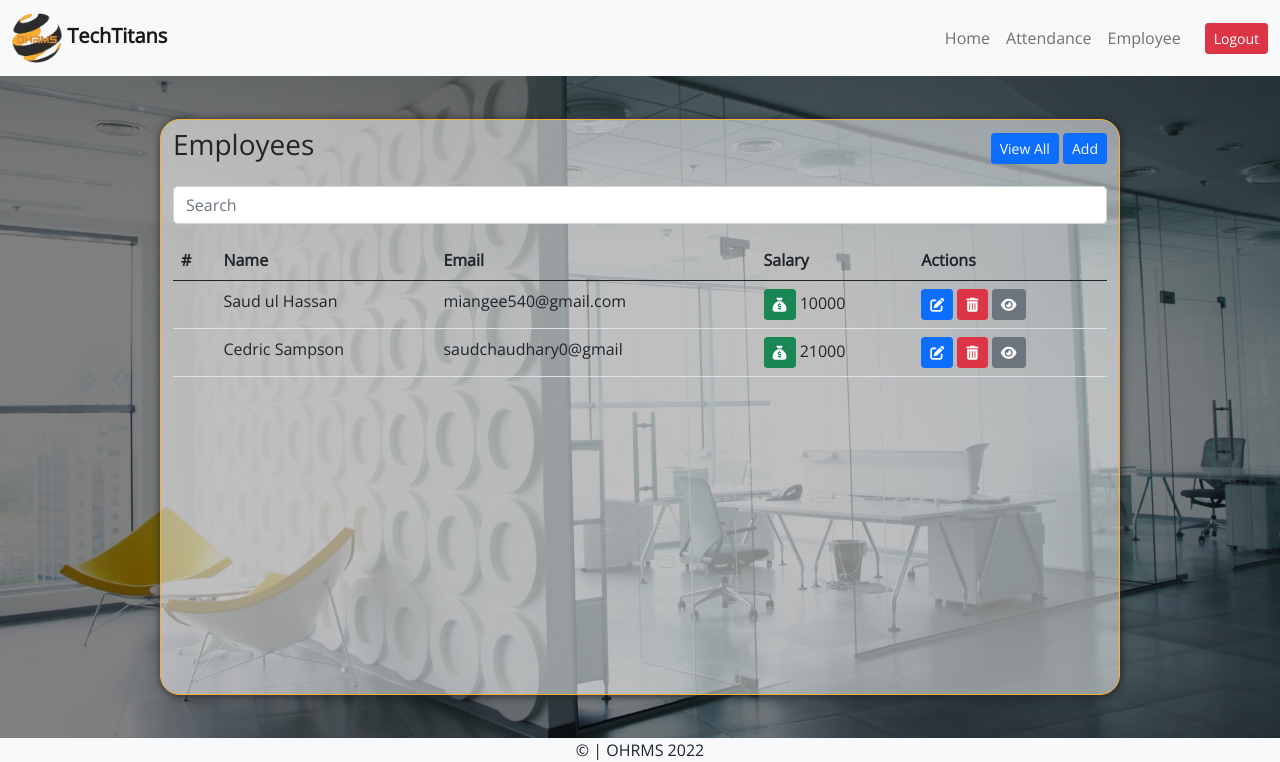
Repository: SaudCh/PHP-OHRMS
Page: http://localhost/admin/employee
An editor plug-in stored every save of this project. The page is shown before and after the next save, followed by the edit.
The browser window is 1280 px wide. The pictures show the whole page.
Some web libraries are served in a nearby version. The page is run by PHP 8.4 with error messages shown; the project is at /var/www/html/. The session is filled in as if someone had signed in: {"admin": "admin@ohrm.com"}. The database holds what the project's SQL file puts in it.

Above is the page before, as saved 2022-06-12 15:46:42.

After the next save:
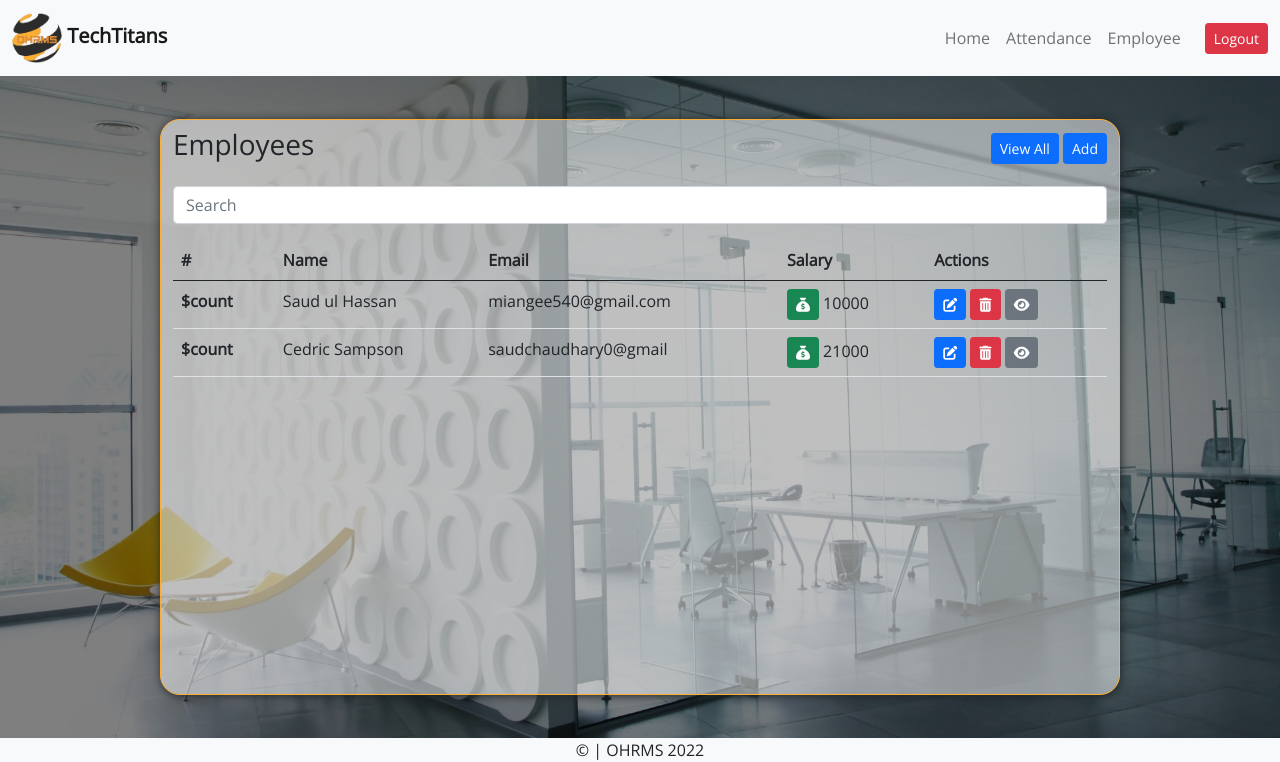
Saved 13 s later.
--- a/admin/employee.php
+++ b/admin/employee.php
@@ -56,7 +56,7 @@
                                     $count++;
                             ?>
                                     <tr>
-                                        <th scope="row"></th>
+                                        <th scope="row">$count</th>
                                         <td><?= $row["name"] ?></td>
                                         <td><?= $row['emailAddress'] ?></td>
                                         <td>

After the save that followed:
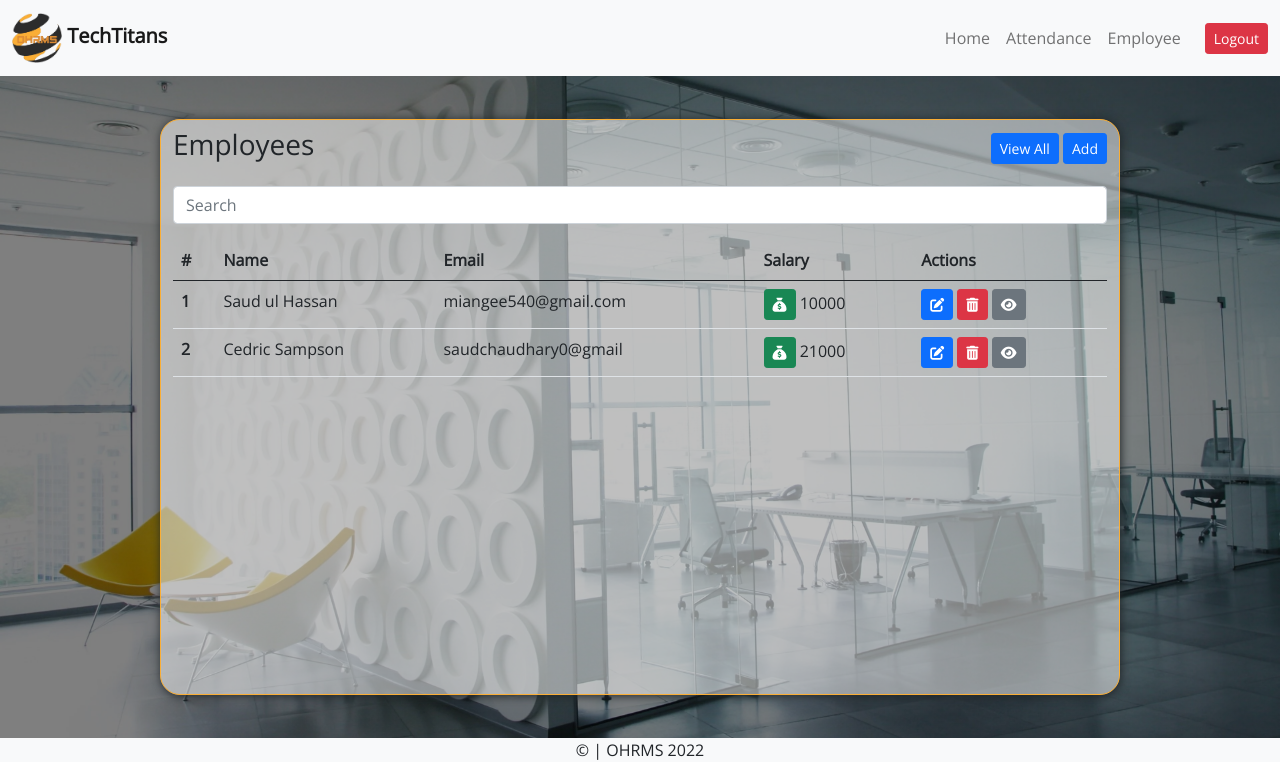
Saved 11 s later.
--- a/admin/employee.php
+++ b/admin/employee.php
@@ -56,7 +56,7 @@
                                     $count++;
                             ?>
                                     <tr>
-                                        <th scope="row">$count</th>
+                                        <th scope="row"><?= $count ?></th>
                                         <td><?= $row["name"] ?></td>
                                         <td><?= $row['emailAddress'] ?></td>
                                         <td>
